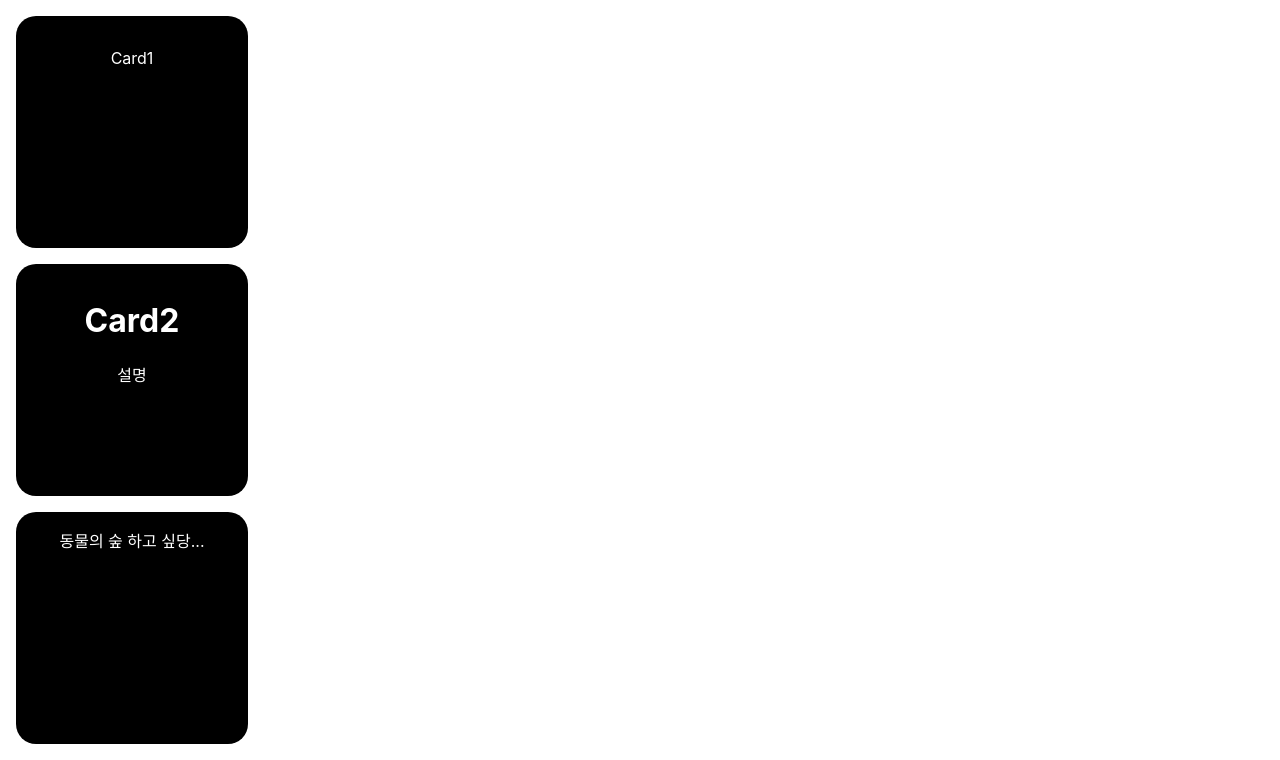
Repository: Yugayoung/css-example
Page: / (app in react/basic/)
An editor plug-in stored every save of this project. The page is shown before and after the next save, followed by the edit.
The browser window is 1280 px wide. The pictures show the whole page.
The project was rebuilt for these pictures with package versions that can differ from the ones it lists, and the page was loaded fresh each time.

Above is the page before, as saved 2023-12-21 13:37:26.

After the next save:
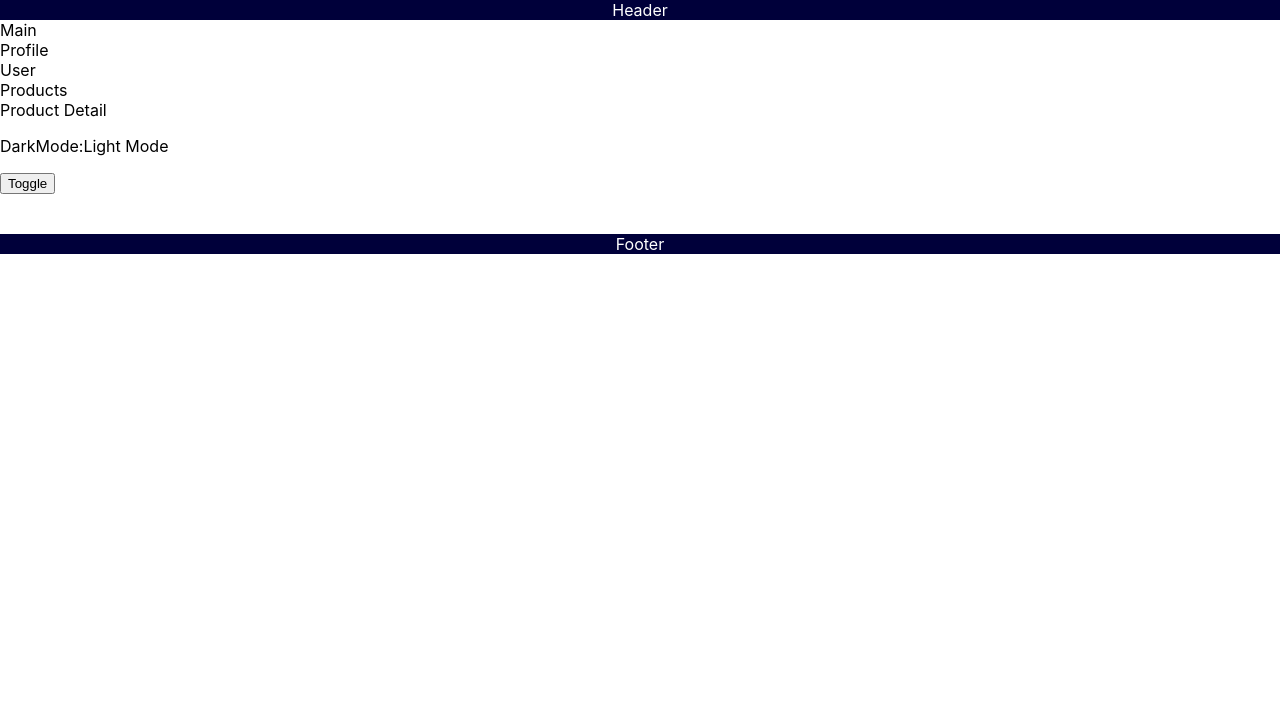
Saved 67 s later.
--- a/react/basic/src/index.js
+++ b/react/basic/src/index.js
@@ -3,11 +3,12 @@ import ReactDOM from 'react-dom/client';
 import './index.css';
 import reportWebVitals from './reportWebVitals';
 import AppCard from './AppCard';
+import AppTheme from './AppTheme';
 
 const root = ReactDOM.createRoot(document.getElementById('root'));
 root.render(
   <React.StrictMode>
-    <AppCard />
+    <AppTheme />
   </React.StrictMode>
 );
 
